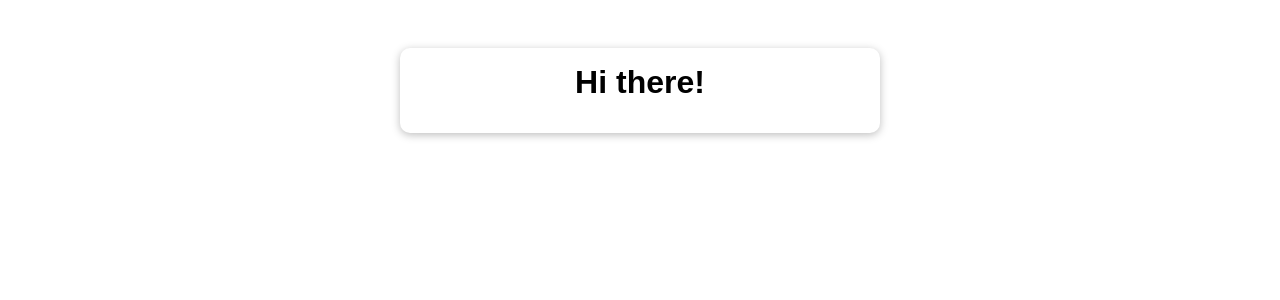
Repository: prathmeshgodbole/React-Optimization
Page: /
The author's editor kept a copy of each file at every save. The page is drawn from the files as they stood at one save, then again after the next save.
The browser window is 1280 px wide. The pictures show the whole page.
The project was rebuilt for these pictures with package versions that can differ from the ones it lists, and the page was loaded fresh each time. Imported but missing from the stored project, and not drawn on this page: src/components/UI/Button.

Above is the page before, as saved 2021-07-14 12:39:13.

### src/App.js
import React from "react";
import Button from "./components/UI/Button";
import "./App.css";

function App() {
  return (
    <div className="app">
      <h1> Hi there! </h1>
      <p></p>
    </div>
  );
}

export default App;

Loaded but not shown: public/index.html (common file); src/index.js (common file); src/index.css (common file); src/App.css (common file)

After the next save:
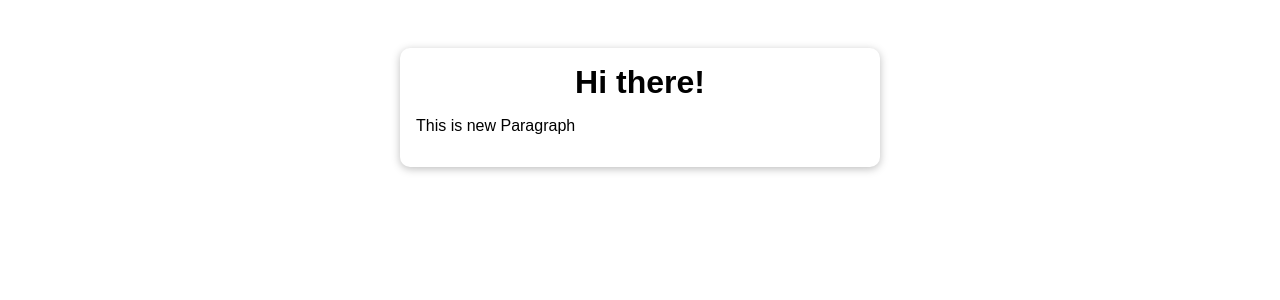
Saved 15 s later.
--- a/src/App.js
+++ b/src/App.js
@@ -6,7 +6,7 @@ function App() {
   return (
     <div className="app">
       <h1> Hi there! </h1>
-      <p></p>
+      <p>This is new Paragraph</p>
     </div>
   );
 }
